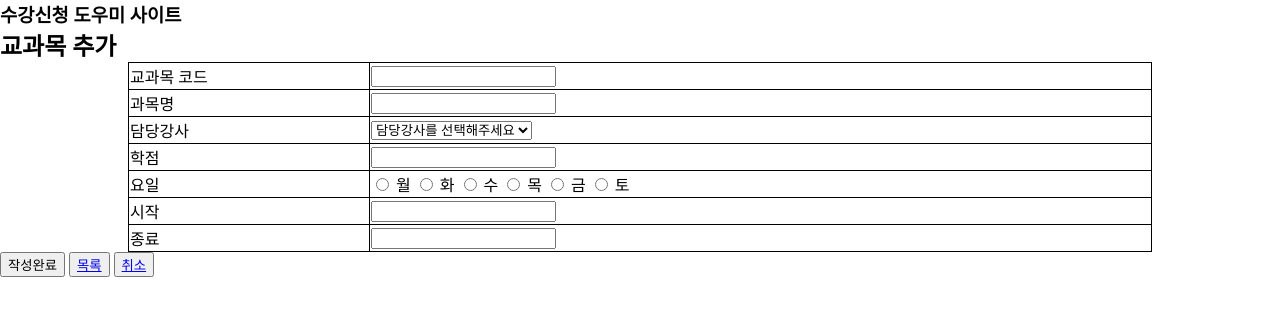
Repository: Tor1a/SpringSet
Page: http://localhost/practice02/WEB-INF/views/course/update.jsp
These files come from the project's save history. The page is drawn as it stood at one moment and after the next save; the edit follows.
The browser window is 1280 px wide. The pictures show the whole page.
The page is served by Tomcat 9. Nobody is signed in. Other server files are loaded and not shown. The template is opened directly, without the code that normally fills it, so the values that code supplies are empty.

Above is the page before, as saved 2022-04-14 04:12:04.

### practice02/src/main/webapp/WEB-INF/views/course/update.jsp
<%@ page language="java" contentType="text/html; charset=UTF-8"    pageEncoding="UTF-8"%>
<%@ taglib prefix="c" uri="http://java.sun.com/jsp/jstl/core" %>
<%@ taglib prefix="fmt" uri="http://java.sun.com/jsp/jstl/fmt" %>




<!DOCTYPE html>
<html>
<head>
<meta charset="UTF-8">
<script src="../js/jquery-3.6.0.min.js"></script>
<link rel="stylesheet" href="${pageContext.request.contextPath}/resources/css/update.css">
<script scr="${pageContext.request.contextPath}/resources/js/update.js"></script>
<title>수강신청 도우미 사이트</title>
</head>
<body>
   <header>
   		<h3>수강신청 도우미 사이트</h3>
   </header>

	 <h2>교과목 추가</h2>
	 <form id="courseUpdate" action="updateCourse.do" method="POST">
	 	<table class="upTb">
	 		<tr>
	 			<td>교과목 코드</td>
	 			<td><input type="text". id ="crId" name="crId" value="${vo.crId}" readonly="readonly">
	 			</td>
	 		</tr>
	 		<tr>
	 			<td>과목명</td>
	 			<td><input type="text" id="crName" name="crName" value="${vo.crName}"></td>
	 		</tr>
	 		<tr>
	 			<td>담당강사</td>
	 			<td>
	 			  <select id="lecturer" name="lecturer">
	 				<option>담당강사를 선택해주세요</option>
	 					<c:forEach var="lcList" items="${lcList}">
	 						<option value="${lcList.idx}" <c:if test="${lcList.idx == vo.lecturer}">selected</c:if>>
							${lcList.crName}
						</option>
	 				</c:forEach>
	 			 </select>
	 			</td>
	 		</tr>
	 		<tr>
	 			<td>학점</td>
	 			<td><input text="text" id="credit" name="credit" value="${vo.credit}"></td>
	 		</tr>
	 		<tr>
	 			<td>요일</td>
	 			<td>
	 				<c:forEach var="i"  begin="1" end="6" varStatus="status">
	 				<input type="radio" value="${i}" id="week${i}" name="week" <c:if test="${vo.week == i}">checked</c:if> />
	 					<c:if test="${i==1}">월</c:if>
	 			  		<c:if test="${i==2}">화</c:if>
	 			  		<c:if test="${i==3}">수</c:if>
	 			  		<c:if test="${i==4}">목</c:if>
	 			  		<c:if test="${i==5}">금</c:if>
	 			  		<c:if test="${i==6}">토</c:if>
	 			  	</c:forEach>
	 			</td>
	 		</tr>
	 		<tr>
	 			<td>시작</td>
	 			<td><input type="text" id="start_hour" name="start_hour" value="${vo.start_hour}"></td>
	 		</tr>
	 		<tr>
	 			<td>종료</td>
	 			<td><input type="text" id="end_end" name="end_end" value="${vo.end_end}"></td>
	 		</tr>
	 	</table>
	 		<input type="submit" value="작성완료" onclick="addCheck()">
	 		<button onclick="home()"><a href="/controller">목록</a></button>
	 		<button onclick="home()"><a href="/controller">취소</a></button>
	 </form>
</body>
</html>

### practice02/src/main/webapp/resources/css/update.css
@charset "UTF-8";

body, h1, h2, h3, h4, h5, p, ul, li, ol, dd, dt, dl { padding: 0; margin: 0; }

ul {list-style: none;}

a:hover{text-decoration: none;}

body{height: 100%;}

.upTb {margin: auto; border-collapse: collapse; border: 1px solid black; width: 80%;}
th {text-align: center; border: 1px solid black;}
td {border: 1px solid black;}

Loaded but not shown: practice02/src/main/webapp/resources/js/jquery-3.6.0.min.js (library)

After the next save:
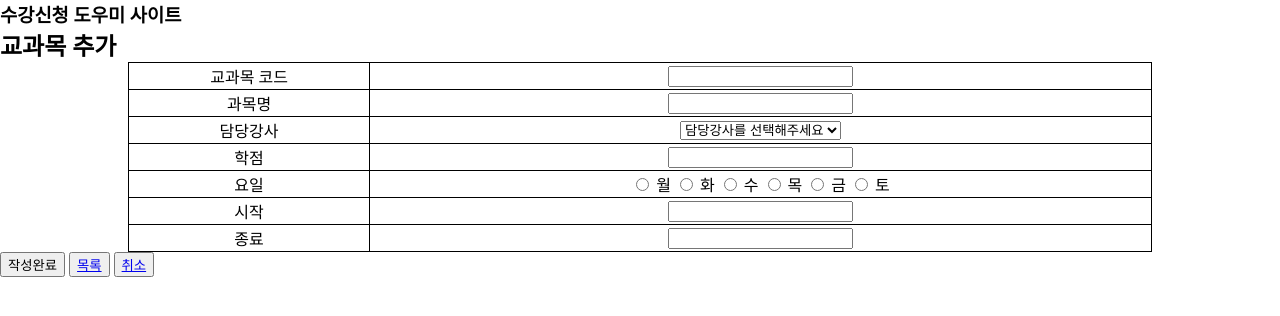
Saved 6 s later.
--- a/practice02/src/main/webapp/resources/css/update.css
+++ b/practice02/src/main/webapp/resources/css/update.css
@@ -9,5 +9,5 @@ a:hover{text-decoration: none;}
 body{height: 100%;}
 
 .upTb {margin: auto; border-collapse: collapse; border: 1px solid black; width: 80%;}
-th {text-align: center; border: 1px solid black;}
-td {border: 1px solid black;}
+th {text-align: center; }
+td {text-align: center; border: 1px solid black;}
